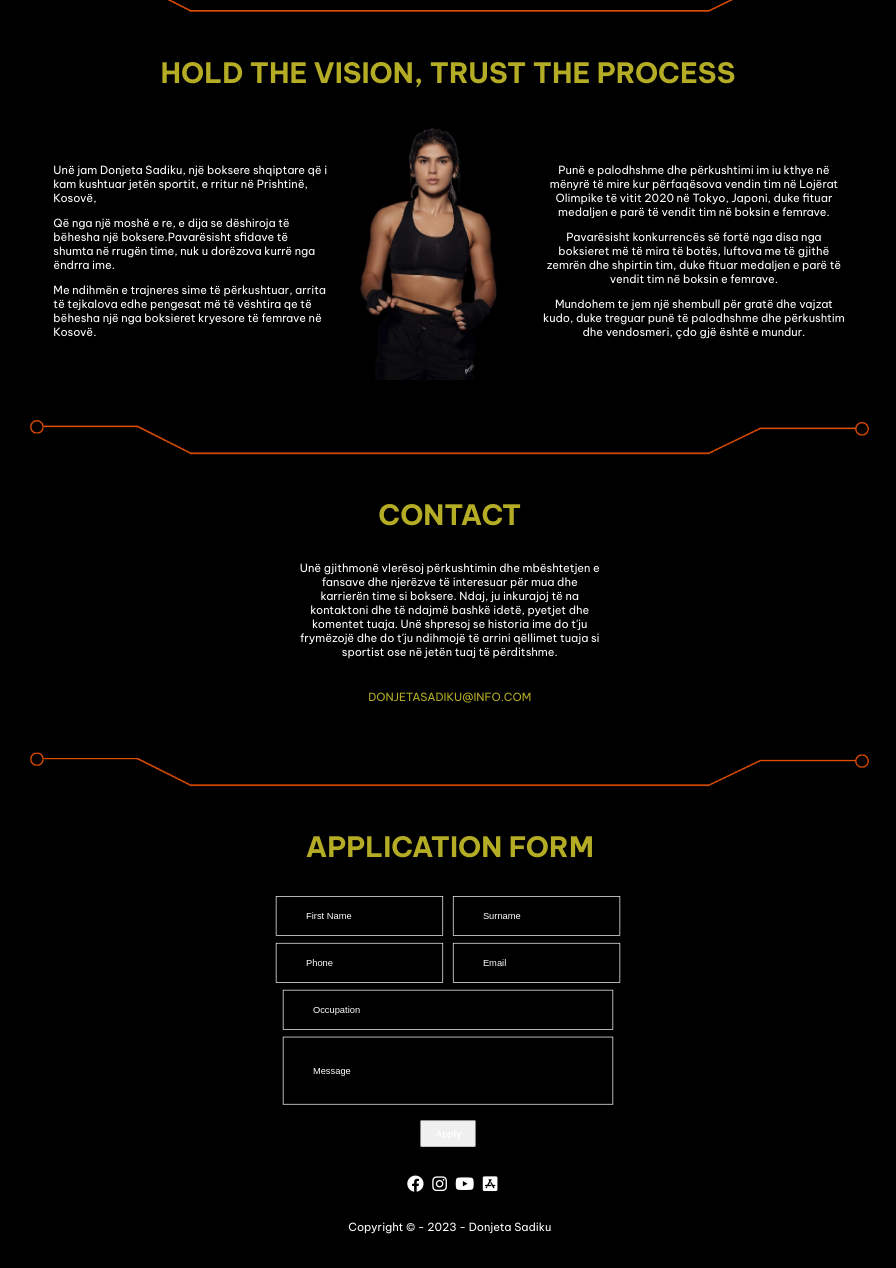
Repository: milot-morina/ds-boxing
Page: DS-Portfolio/index.html
The author's editor kept a copy of each file at every save. The page is drawn from the files as they stood at one save, then again after the next save.
The browser window is 1280 px wide. The pictures show the part of the page from y = 2050 to 3970 px (the page is 3861 px tall before and 3970 px after), at 70% of full size.
A picture or video elsewhere on the page could not be fetched, so the positions and the page height are approximate.

Above is the page before, as saved 2023-03-20 23:23:39.

After the next save:
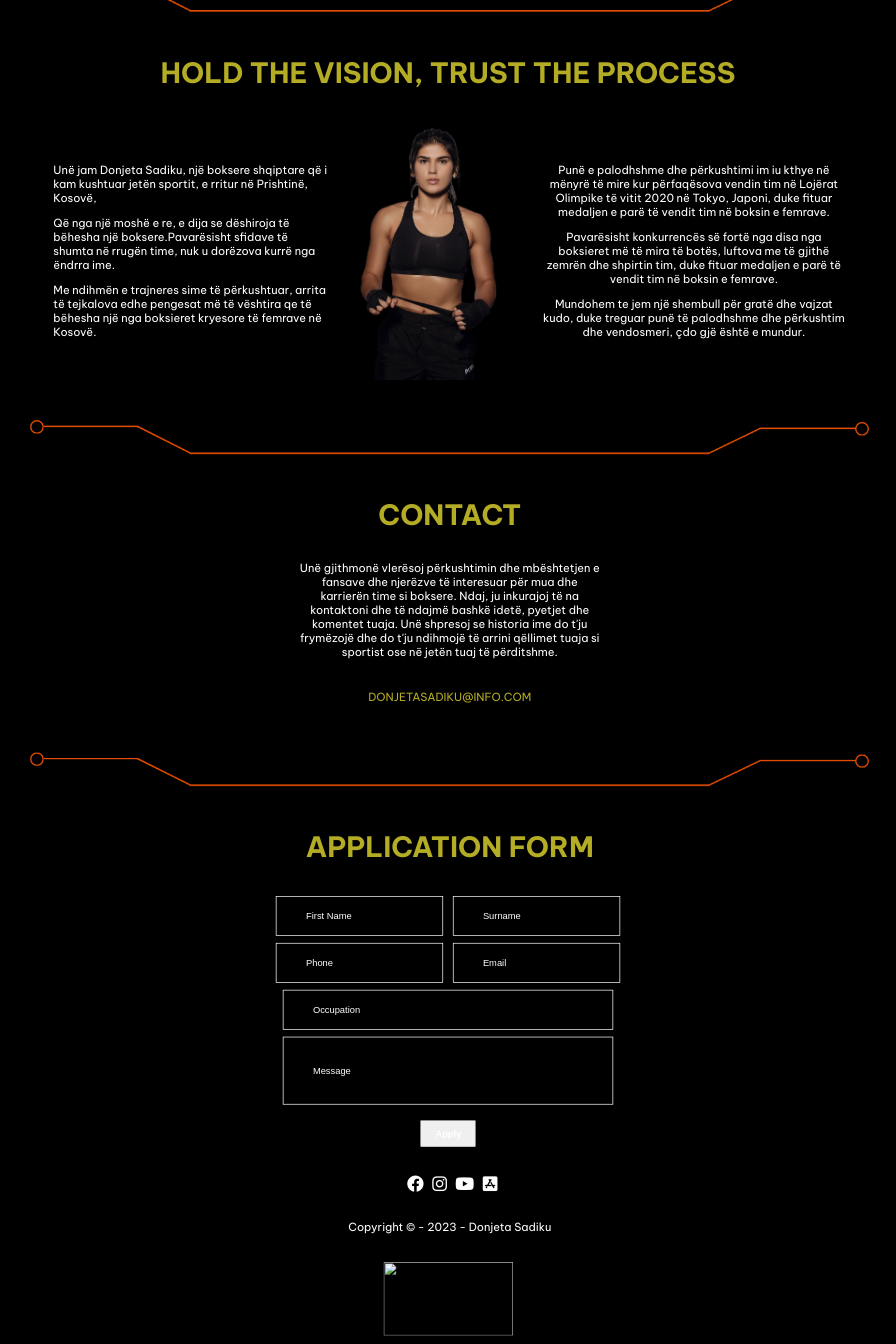
Not found: assets/reetech.png
Saved 8 h 50 min later.
--- a/DS-Portfolio/index.html
+++ b/DS-Portfolio/index.html
@@ -171,6 +171,12 @@
     </div>
 
 
+    <div style="background-color: rgba(0, 0, 0, 0.2); display: flex; justify-content: center; align-items: center;">
+      <a class="navbar-brand" href="https://www.reetech.ch/">
+        <img src="../assets/reetech.png" width="185" height="105" class="d-inline-block align-top" alt="">
+      </a>
+    </div>
+
   </section>
 
 

After the 2 saves that followed:
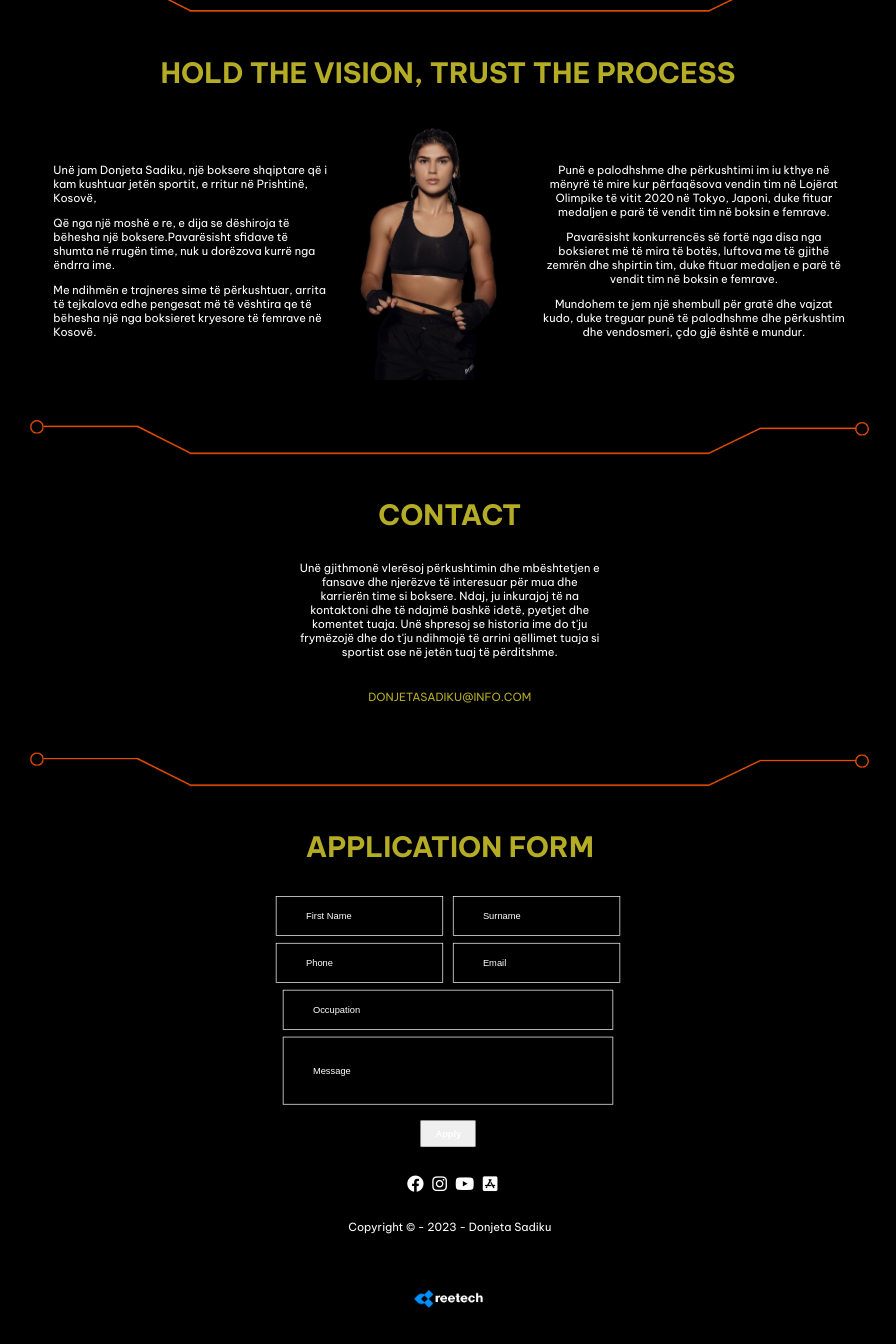
The 2 saves are shown as one change because 1 left the picture as it was.
The last was saved 2 min 37 s later.
--- a/DS-Portfolio/index.html
+++ b/DS-Portfolio/index.html
@@ -173,7 +173,7 @@
 
     <div style="background-color: rgba(0, 0, 0, 0.2); display: flex; justify-content: center; align-items: center;">
       <a class="navbar-brand" href="https://www.reetech.ch/">
-        <img src="../assets/reetech.png" width="185" height="105" class="d-inline-block align-top" alt="">
+        <img src="reetech.png" width="185" height="105" class="d-inline-block align-top" alt="">
       </a>
     </div>
 
